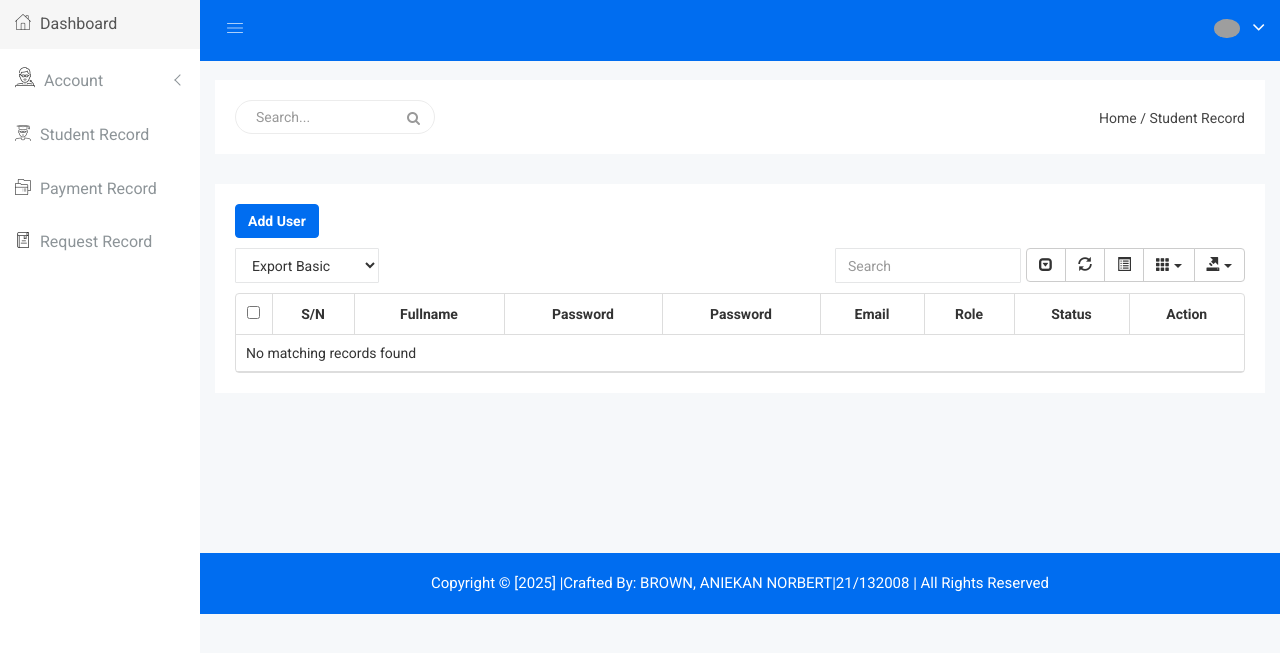
Repository: walterjnr1/crowdfunding-system
Page: http://localhost/crowdfunding/Admin/student_record.php
An editor plug-in stored every save of this project. The page is shown before and after the next save, followed by the edit.
The browser window is 1280 px wide. The pictures show the whole page.
Pictures or frames that could not be fetched are drawn as grey boxes. The page is run by PHP 8.4 with error messages shown; the project is at /var/www/html/. The session is filled in as if someone had signed in: {"login_email": "test@example.com", "logged": 1741212879}. Queries for data that is not in the repository find no rows.

Above is the page before, as saved 2025-03-05 23:03:34.
Console error (its wording comes from the project's code and is left out).

After the next save:
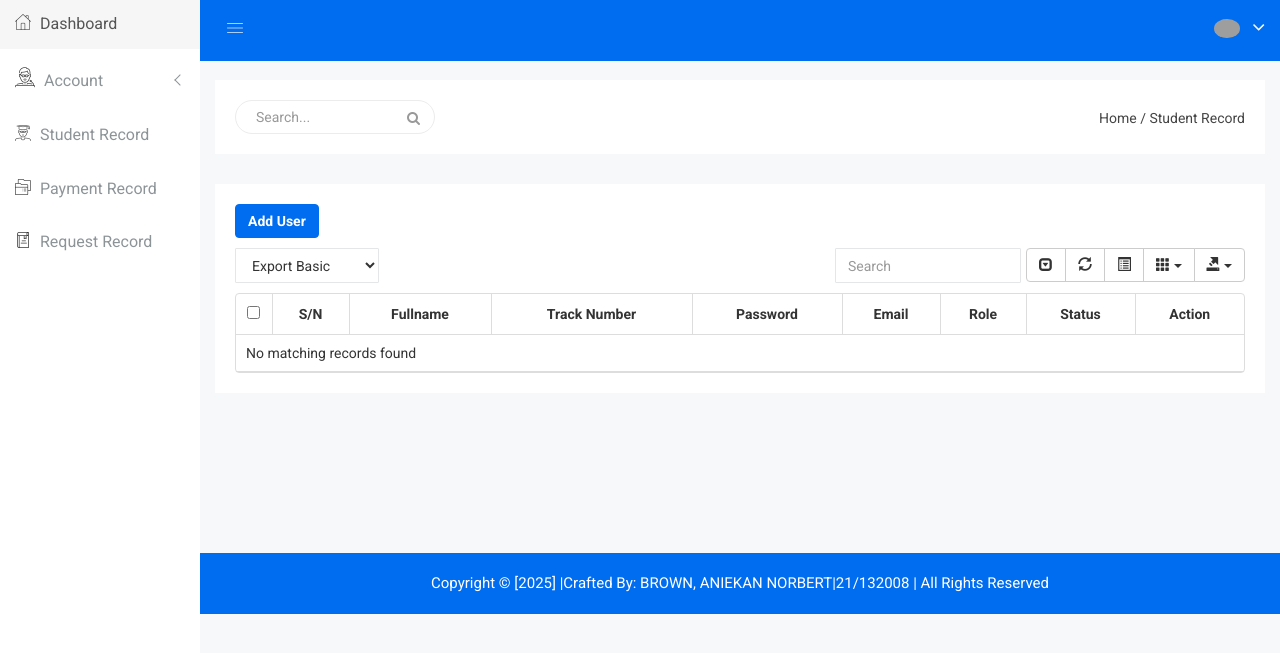
Saved 7 s later.
--- a/Admin/student_record.php
+++ b/Admin/student_record.php
@@ -163,7 +163,7 @@ else {return false;
                                                 <th data-field="state" data-checkbox="true"></th>
                                                 <th data-field="id"><div align="center">S/N</div></th>
                                                 <th data-field="fullname" data-editable="true"><div align="center">Fullname</div></th>
-                                                <th data-field="password" data-editable="true"><div align="center">Password</div></th>
+                                                <th data-field="password" data-editable="true"><div align="center">Track Number</div></th>
                                                 <th data-field="password" data-editable="true"><div align="center">Password</div></th>
 
                                                 <th data-field="email" data-editable="true"><div align="center">Email</div></th>
